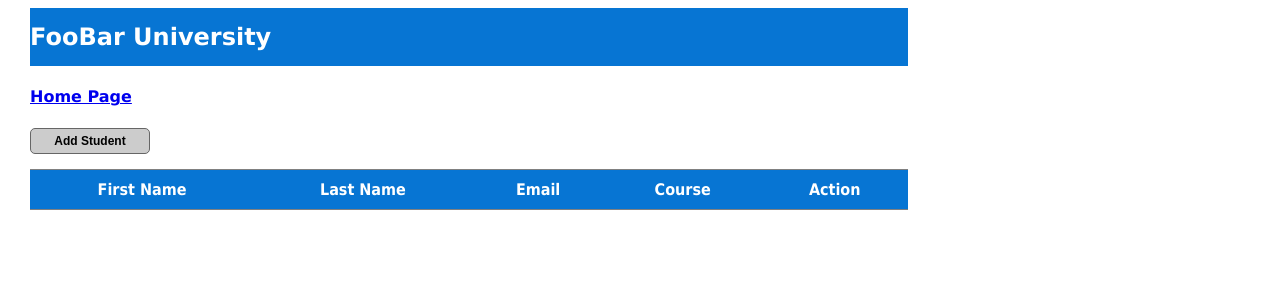
Repository: harshithballa/eclipse-ee
Page: http://localhost/medicines/medicines
The author's editor kept a copy of each file at every save. The page is drawn from the files as they stood at one save, then again after a run of saves.
The browser window is 1280 px wide. The pictures show the whole page.
The page is served by Tomcat 9. Other server files are loaded and not shown. Queries for data that is not in the repository find no rows.

Above is the page before, as saved 2020-11-18 10:23:51.

### medicines/WebContent/list-students.jsp
<%@ taglib uri="http://java.sun.com/jsp/jstl/core" prefix="c" %>


<!DOCTYPE html>
<html>

<head>
	<title>Student Tracker App</title>
	<link type="text/css" rel="stylesheet" href="css/style.css">
</head>


<body>

	<div id="wrapper">
		<div id="header">
			<h2>FooBar University</h2>
		</div>
	</div>

	<div id="container">

		<div id="content">

			<h4><a href="index.html">Home Page</a></h4>

			<!-- put new button: Add Student -->

			<input type="button" value="Add Student"
				   onclick="window.location.href='add-student-form.jsp'; return false;"
				   class="add-student-button"
			/>

			<table>

				<tr>
					<th>First Name</th>
					<th>Last Name</th>
					<th>Email</th>
					<th>Course</th>
					<th>Action</th>
				</tr>

				<c:forEach var="tempStudent" items="${MEDICINE_LIST}">

					<!-- set up a link for each student -->
					<c:url var="tempLink" value="StudentControllerServlet">
						<c:param name="command" value="LOAD" />
						<c:param name="studentId" value="${tempStudent.id}" />
					</c:url>

					<!--  set up a link to delete a student -->
					<c:url var="deleteLink" value="StudentControllerServlet">
						<c:param name="command" value="DELETE" />
						<c:param name="studentId" value="${tempStudent.id}" />
					</c:url>

					<tr>
						<td> ${tempStudent.firstName} </td>
						<td> ${tempStudent.lastName} </td>
						<td> ${tempStudent.email} </td>
						<td> ${tempStudent.course}</td>
						<td>
							<a href="${tempLink}">Update</a>
							 |
							<a href="${deleteLink}"
							onclick="if (!(confirm('Are you sure you want to delete this student?'))) return false">
							Delete</a>
						</td>
					</tr>

				</c:forEach>

			</table>

		</div>

	</div>
</body>


</html>

### medicines/src/webjdbc/MedicinesControllerServlet.java
package webjdbc;
//services
import java.io.IOException;
import java.util.List;

import javax.annotation.Resource;
import javax.servlet.RequestDispatcher;
import javax.servlet.ServletException;
import javax.servlet.annotation.WebServlet;
import javax.servlet.http.HttpServlet;
import javax.servlet.http.HttpServletRequest;
import javax.servlet.http.HttpServletResponse;
import javax.sql.DataSource;


@WebServlet("/medicines")
public class MedicinesControllerServlet extends HttpServlet {
	private static final long serialVersionUID = 1L;

	private MedicineDbUtil medicineDbUtil;

	@Resource(name="jdbc/medicines")
	private DataSource dataSource;

	@Override
	public void init() throws ServletException {
		super.init();

		// create our student db util ... and pass in the conn pool / datasource
		try {
			medicineDbUtil = new MedicineDbUtil(dataSource);
		}
		catch (Exception exc) {
			throw new ServletException(exc);
		}
	}

	protected void doGet(HttpServletRequest request, HttpServletResponse response) throws ServletException, IOException {

		try {
			// read the "command" parameter
			String theCommand = request.getParameter("command");

			// if the command is missing, then default to listing students
			if (theCommand == null) {
				theCommand = "LIST";
			}

			// route to the appropriate method
			switch (theCommand) {

			case "LIST":
				listMedicines(request, response);
				break;

//			case "ADD":
//				addStudent(request, response);
//				break;

			case "LOAD":
				loadStudent(request, response);
				break;

			case "UPDATE":
				updateStudent(request, response);
				break;

			case "DELETE":
				deleteStudent(request, response);
				break;

			default:
				listMedicines(request, response);
			}

		}
		catch (Exception exc) {
			throw new ServletException(exc);
		}

	}


	private void deleteStudent(HttpServletRequest request, HttpServletResponse response)
			throws Exception {

			// read student id from form data
			String theStudentId = request.getParameter("studentId");

			// delete student from database
			medicineDbUtil.deleteStudent(theStudentId);

			// send them back to "list students" page
			listMedicines(request, response);
		}


	private void updateStudent(HttpServletRequest request, HttpServletResponse response)
			throws Exception {

			// read student info from form data
			int id = Integer.parseInt(request.getParameter("studentId"));
			String medicineName = request.getParameter("medicineName");
			int units = Integer.parseInt(request.getParameter("units"));
			double cost = Double.parseDouble(request.getParameter("cost"));
			String mfgDate = request.getParameter("mfgDate");
			String expDate = request.getParameter("expDate");

			// create a new student object
			Medicine theStudent = new Medicine(id, medicineName, units, cost, mfgDate, expDate);

			// perform update on database
			medicineDbUtil.updateStudent(theStudent);

			// send them back to the "list students" page
			listMedicines(request, response);

		}

	private void loadStudent(HttpServletRequest request, HttpServletResponse response)
			throws Exception {

			// read student id from form data
			String theStudentId = request.getParameter("studentId");

			// get student from database (db util)
			Medicine theStudent = medicineDbUtil.getMedicines(theStudentId);

			// place student in the request attribute
			request.setAttribute("THE_STUDENT", theStudent);

			// send to jsp page: update-student-form.jsp
			RequestDispatcher dispatcher =
					request.getRequestDispatcher("/update-student-form.jsp");
			dispatcher.forward(request, response);
		}



//	private void addStudent(HttpServletRequest request, HttpServletResponse response) throws Exception {
//
//		// read student info from form data
//		String firstName = request.getParameter("firstName");
//		String lastName = request.getParameter("lastName");
//		String email = request.getParameter("email");
//		String course = request.getParameter("course");
//
//		// create a new student object
//		Medicine theStudent = new Medicine(firstName, lastName, email, course);
//
//		// add the student to the database
//		medicineDbUtil.addStudent(theStudent);
//
//		// send back to main page (the student list)
//		listMedicines(request, response);
//	}
//

	private void listMedicines(HttpServletRequest request, HttpServletResponse response)
		throws Exception {

		// get students from db util
		List<Medicine> medicines = medicineDbUtil.getMedicines();

		// add students to the request
		request.setAttribute("MEDICINE_LIST", medicines);

		// send to JSP page (view)
		RequestDispatcher dispatcher = request.getRequestDispatcher("/list-students.jsp");
		dispatcher.forward(request, response);
	}

}

### medicines/WebContent/css/style.css
html, body{
	margin-left:15px; margin-right:15px;
	padding:0px;
	font-family:Verdana, Arial, Helvetica, sans-serif;
}

table {
	border-collapse:collapse;
	border-bottom:1px solid gray;
	font-family: Tahoma,Verdana,Segoe,sans-serif;
	width:72%;
}

th {
	border-bottom:1px solid gray;
	background:none repeat scroll 0 0 #0775d3;
	padding:10px;
	color: #FFFFFF;
}

tr {
	border-top:1px solid gray;
	text-align:center;
}

tr:nth-child(even) {background: #FFFFFF}
tr:nth-child(odd) {background: #BBBBBB}

#wrapper {width: 100%; margin-top: 0px; }
#header {width: 72%; background: #0775d3; margin-top: 0px; padding:15px 0px 15px 0px;}
#header h2 {width: 100%; margin:auto; color: #FFFFFF;}
#container {width: 100%; margin:auto}
#container h3 {color: #000;}
#container #content {margin-top: 20px;}

.add-student-button {
	border: 1px solid #666;
	border-radius: 5px;
	padding: 4px;
	font-size: 12px;
	font-weight: bold;
	width: 120px;
	padding: 5px 10px;

	margin-bottom: 15px;
	background: #cccccc;
}

After the next 2 saves:
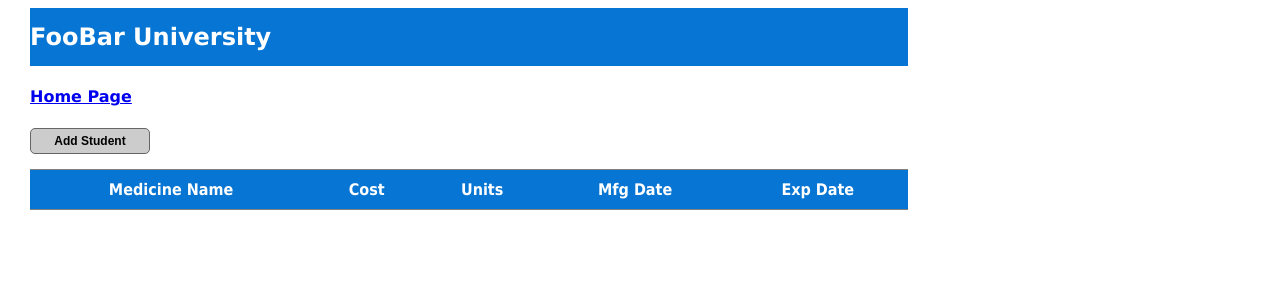
The 2 saves are shown as one change because 1 did not build or start.
The last was saved 7 min 58 s later.
--- a/medicines/WebContent/list-students.jsp
+++ b/medicines/WebContent/list-students.jsp
@@ -34,16 +34,16 @@
 			<table>
 
 				<tr>
-					<th>First Name</th>
-					<th>Last Name</th>
-					<th>Email</th>
-					<th>Course</th>
-					<th>Action</th>
+					<th>Medicine Name</th>
+					<th>Cost</th>
+					<th>Units</th>
+					<th>Mfg Date</th>
+					<th>Exp Date</th>
 				</tr>
 
-				<c:forEach var="tempStudent" items="${MEDICINE_LIST}">
+					<c:forEach var="tempStudent" items="${MEDICINE_LIST}">
 
-					<!-- set up a link for each student -->
+<%-- 					<!-- set up a link for each student -->
 					<c:url var="tempLink" value="StudentControllerServlet">
 						<c:param name="command" value="LOAD" />
 						<c:param name="studentId" value="${tempStudent.id}" />
@@ -53,20 +53,21 @@
 					<c:url var="deleteLink" value="StudentControllerServlet">
 						<c:param name="command" value="DELETE" />
 						<c:param name="studentId" value="${tempStudent.id}" />
-					</c:url>
+					</c:url> --%>
 
 					<tr>
-						<td> ${tempStudent.firstName} </td>
-						<td> ${tempStudent.lastName} </td>
-						<td> ${tempStudent.email} </td>
-						<td> ${tempStudent.course}</td>
-						<td>
+						<td> ${tempStudent.medicineName} </td>
+						<td> ${tempStudent.cost} </td>
+						<td> ${tempStudent.units} </td>
+						<td> ${tempStudent.mfgDate}</td>
+						<td> ${tempStudent.expDate}</td>
+<%-- 						<td>
 							<a href="${tempLink}">Update</a>
 							 |
 							<a href="${deleteLink}"
 							onclick="if (!(confirm('Are you sure you want to delete this student?'))) return false">
 							Delete</a>
-						</td>
+						</td> --%>
 					</tr>
 
 				</c:forEach>
